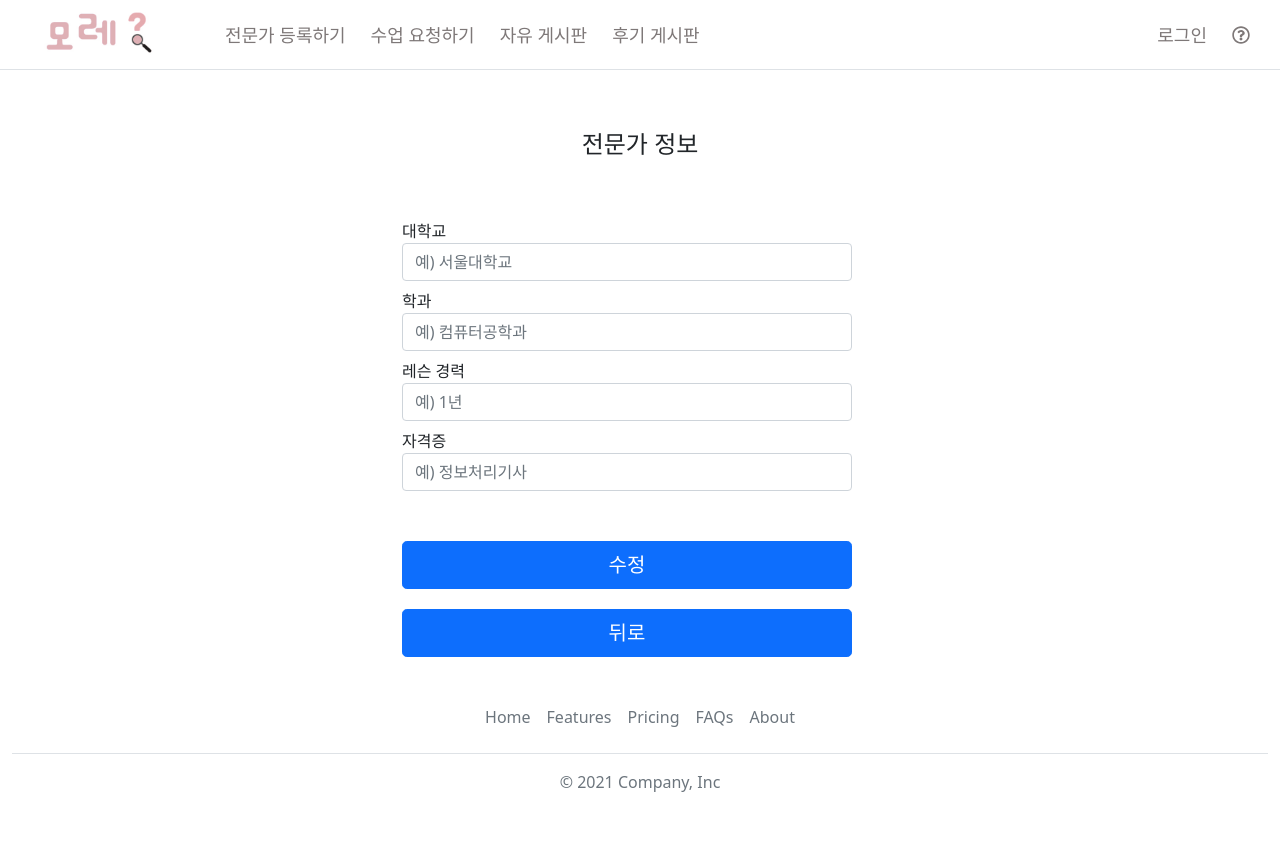
Repository: isssson/MVC2_more
Page: http://localhost/more/WEB-INF/views/expert/expertSpecForm.jsp
The author's editor kept a copy of each file at every save. The page is drawn from the files as they stood at one save, then again after the next save.
The browser window is 1280 px wide. The pictures show the whole page.
Some web libraries are served in a nearby version. The page is served by Tomcat 9. Nobody is signed in. Other server files are loaded and not shown. The template is opened directly, without the code that normally fills it, so the values that code supplies are empty.

Above is the page before, as saved 2021-12-08 02:59:21.

### more/src/main/webapp/WEB-INF/views/expert/expertSpecForm.jsp
<%@ page language="java" contentType="text/html; charset=UTF-8"
    pageEncoding="UTF-8"%>
<!DOCTYPE html>
<html>
<head>
<meta charset="UTF-8">
<title>Insert title here</title>
<link href="resources/css/bootstrap.min.css" rel="stylesheet">
<link href="resources/css/expert/expertUpdate.css" rel="stylesheet">
<style>
   .container {
     width: 500px;
     margin-top: 50px;
   }
   .mb-2 input {
     width: 450px;
   }
   .mb-2 textarea {
     width: 450px;
     height: 150px;
     padding: 10px;
   }
   h4 {
     margin: 60px;
     text-align: center;
   }

</style>
</head>
<body>
<%@ include file="/WEB-INF/views/header.jsp" %>
<div class="container">
  <div class="col-md-12 order-md-1">
      <h4>전문가 정보</h4>
      <form name="expertSpecForm" action="expertSpec.do?id=${sessionScope.sessionId}" method="post">
        <div class="mb-2">
            <label>대학교</label>
            <input type="text" class="form-control" name="univ" value="${dto.univ}" placeholder="예) 서울대학교">
            <div id="id_check"></div>
        </div>
        <div class="mb-2">
            <label>학과</label>
            <input type="text" class="form-control" name="major" value="${dto.major}" placeholder="예) 컴퓨터공학과">
            <div id="pwd_check"></div>
        </div>
        <div class="mb-2">
            <label>레슨 경력</label>
            <input type="text" class="form-control" name="career" value="${dto.career}" placeholder="예) 1년">
        </div>
        <div class="mb-2">
            <label>자격증</label>
            <input type="text" class="form-control" name="cer" value="${dto.cer}" placeholder="예) 정보처리기사">
        </div>
        <div style="margin-top: 50px;">
           <button class="btn btn-lg btn-primary" type="submit" style="width: 450px; margin-bottom:20px;" >수정</button>
           <button class="btn btn-lg btn-primary" type="button" style="width: 450px;" onclick="location.href='expertProfile.do?id=${sessionScope.sessionId}'">뒤로</button>
        </div>
     </form>
  </div>
</div>
<%@ include file="/WEB-INF/views/footer.jsp" %>
</body>
</html>

### more/src/main/webapp/WEB-INF/views/header.jsp
<%@ page language="java" contentType="text/html; charset=UTF-8"
    pageEncoding="UTF-8"%>
<%@ taglib prefix="c" uri="http://java.sun.com/jsp/jstl/core" %>
<script src="https://use.fontawesome.com/releases/v5.2.0/js/all.js"></script>
<link href="resources/css/header.css" rel="stylesheet">
<!-- ---------------------비회원  -->
<c:if test="${sessionScope.sessionStatus == null }">
	<header>
    <div id="headerContainer">
        <a href="index.do"><img src="resources/img/more_logo.jpg" alt="logo" style="padding: 10px"></a>
        <div id="menubar">
          <div id="leftMenu">
            <div><a href="regist1.do">전문가 등록하기</a></div>
            <div><a href="lessonList.do">수업 요청하기</a></div>
            <div><a href="bbsList.do">자유 게시판</a></div>
            <div><a href="reviewList.do">후기 게시판</a></div>
          </div>
          <div id="rightMenu">
               <div><a href="login.do">로그인</a></div>
               <div><a href="#"><i class="far fa-question-circle"></i></a></div>
          </div>
        </div>
      </div>
	</header>
</c:if>
<!----------------------기본(의뢰인) 로그인중-->
<c:if test="${sessionScope.sessionStatus == 1 }">
	<header>
     <div id="headerContainer">
        <a href="index.do"><img src="resources/img/more_logo.jpg" alt="logo" style="padding: 10px"></a>
        <div id="menubar">
          <div id="leftMenu">
            <div id="client" onmouseover="show()" onmouseout="hide()">
               <a href="#">레슨</a>
              </div>
            <div id="joinExpert">
               <a href="regist1.do">전문가 등록하기</a>
             </div>
            <div><a href="bbsList.do">자유 게시판</a></div>
            <div><a href="reviewList.do">후기 게시판</a></div>
          </div>
          <div id="rightMenu">
            <div>${sessionScope.sessionName }님</div>
            <div><a href=""><i class="far fa-bell fa-1x"></i></a></div>
            <div><a href="setting.do"><i class="far fa-user fa-1x"></i></a></div>
            <div><a href="#"><i class="far fa-question-circle"></i></a></div>
          </div>
        </div>
      </div>
      <div id="hiddenHeaderContainer" onmouseover="show()" onmouseout="hide()">
        <div class="hiddenItem">
          <div class="Item"><a href="suggestList.do">레슨 목록</a></div>
          <div class="Item"><a href="lessonList.do">레슨 요청하기</a></div>
          <div class="Item"><a href="sentRequest.do?id=${sessionScope.sessionId}">보낸 요청</a></div>
          <div class="Item"><a href="#">받은 제안</a></div>
        </div>
      </div>
	</header>
</c:if>
<!-- -----------------------전문가 로그인중 -->
<c:if test="${sessionScope.sessionStatus == 2 }">
	<header>
     <div id="headerContainer">
       <a href="index.do"><img src="resources/img/more_logo.jpg" alt="logo" style="padding: 10px"></a>
       <div id="menubar">
         <div id="leftMenu">
           <div id="client" onmouseover="show()" onmouseout="hide()">
              <a href="#">레슨</a>
             </div>
           <div><a href="bbsList.do">자유 게시판</a></div>
           <div><a href="reviewList.do">후기 게시판</a></div>
         </div>
         <div id="rightMenu">
           <div id="client" onmouseover="show()" onmouseout="hide()">
               <div><a href="">10000 <i class="fas fa-coins fa-1x"></i></a></div>
             </div>
           <div>${sessionScope.sessionName }님</div>
              <div><a href=""><i class="far fa-bell fa-1x"></i></a></div>
           <div><a href="setting.do"><i class="far fa-user fa-1x"></i></a></div>
           <div><a href="#"><i class="far fa-question-circle"></i></a></div>
         </div>
       </div>
     </div>
     <div id="hiddenHeaderContainer" onmouseover="show()" onmouseout="hide()">
       <div class="hiddenItem">
       	 <div class="Item"><a href="requestList.do">레슨 목록</a></div>
       	 <div class="Item"><a href="suggest.do">레슨 제안하기</a></div>
         <div class="Item"><a href="#">보낸 제안</a></div>
		 <div class="Item"><a href="#">레슨 내역</a></div>
       </div>
     </div>
	</header>
</c:if>
   <script>
       function show(){
         document.getElementById('hiddenHeaderContainer').style.display='block';
       }
       function hide(){
         document.getElementById('hiddenHeaderContainer').style.display='none';
       }
  </script>

### more/src/main/webapp/WEB-INF/views/footer.jsp
<%@ page language="java" contentType="text/html; charset=UTF-8"
    pageEncoding="UTF-8"%>
<link href="resources/css/footer.css" rel="stylesheet">
<div class="container-fluid">
  <footer class="py-3 my-4">
    <ul class="nav justify-content-center border-bottom pb-3 mb-3">
      <li class="nav-item"><a href="#" class="nav-link px-2 text-muted">Home</a></li>
      <li class="nav-item"><a href="#" class="nav-link px-2 text-muted">Features</a></li>
      <li class="nav-item"><a href="#" class="nav-link px-2 text-muted">Pricing</a></li>
      <li class="nav-item"><a href="#" class="nav-link px-2 text-muted">FAQs</a></li>
      <li class="nav-item"><a href="#" class="nav-link px-2 text-muted">About</a></li>
    </ul>
    <p class="text-center text-muted">&copy; 2021 Company, Inc</p>
  </footer>
</div>

<div class="b-example-divider"></div>

### more/src/main/webapp/resources/css/expert/expertUpdate.css
@charset "UTF-8";

h3 {
    height: 80px;
    line-height: 80px;
    font-size: 40px;
    font-weight: bold;
    text-align: center;
    margin: 80px auto;
    color: #9a5656;
}

.updateBt{
   width:450px;
   height:200px;
   text-align:center;
   margin:0 auto;
   display:flex;
   flex-direction:column;
   justify-content: center;
}

.subject{
	font-size:25px;
	color:#ff9797;
	text-align: center;
	font-weight: bold;
}

.content{
	text-align:center;
     margin-top: 50px;
}
select{
	font-size:26px;
}

### more/src/main/webapp/resources/css/header.css
@charset "UTF-8";
a{
    text-decoration:none;
    color:rgb(26, 25, 25);
}
a:hover{
    color:rgb(26, 25, 25);
}
svg{
    color: #7e7878;
}
svg:hover{
    color: #424040;
    cursor: pointer;
}
#headerContainer{
    width:100%;
    height:70px;
    margin: 0 auto;
    display: flex;
    flex-direction: row;
    border-bottom:1px solid #dee2e6;
}
#headerContainer img{
    width: 200px;
    height: 65px;
    object-fit: cover;
}
#headerContainer #menubar{
    width:100%;
    height: 70px;
    display: flex;
    flex-direction: row;
    justify-content: space-between;
}
#headerContainer #menubar div a{
    font-size: 18px;
    color: #7e7878;
}
#headerContainer #menubar a:hover{
    color: #424040;
    font-weight: bold;
}
#menubar #leftMenu{
    display: flex;
}
#menubar #rightMenu{
    display: flex;
    margin-right: 30px;
}
#menubar #leftMenu div, #menubar #rightMenu div{
    font-size: 18px;
    line-height: 70px;
    margin-left: 25px;
}
#hiddenHeaderContainer{
    position: absolute;
    display: none;
    z-index: 1;
    width:100%;
    height:70px;
    left:50%;
    border-top:1px solid rgb(187, 183, 183);
    border-bottom:1px solid rgb(187, 183, 183);
    transform: translate(-50%);
    background-color: white;
}
#hiddenHeaderContainer .hiddenItem{

    width:100%;
    height:70px;
    margin-left: 170px;
    display: flex;
}
#hiddenHeaderContainer .hiddenItem .Item a{
    font-size: 18px;
    line-height: 70px;
    margin-left: 50px;
    color: #7e7878;
}
#hiddenHeaderContainer .hiddenItem .Item a:hover{
    color: #424040;
    font-weight: bold;
}

### more/src/main/webapp/resources/css/footer.css
@charset "UTF-8";
li {
	border-top: none;
}

Loaded but not shown: more/src/main/webapp/resources/css/bootstrap.min.css (library)

After the next save:
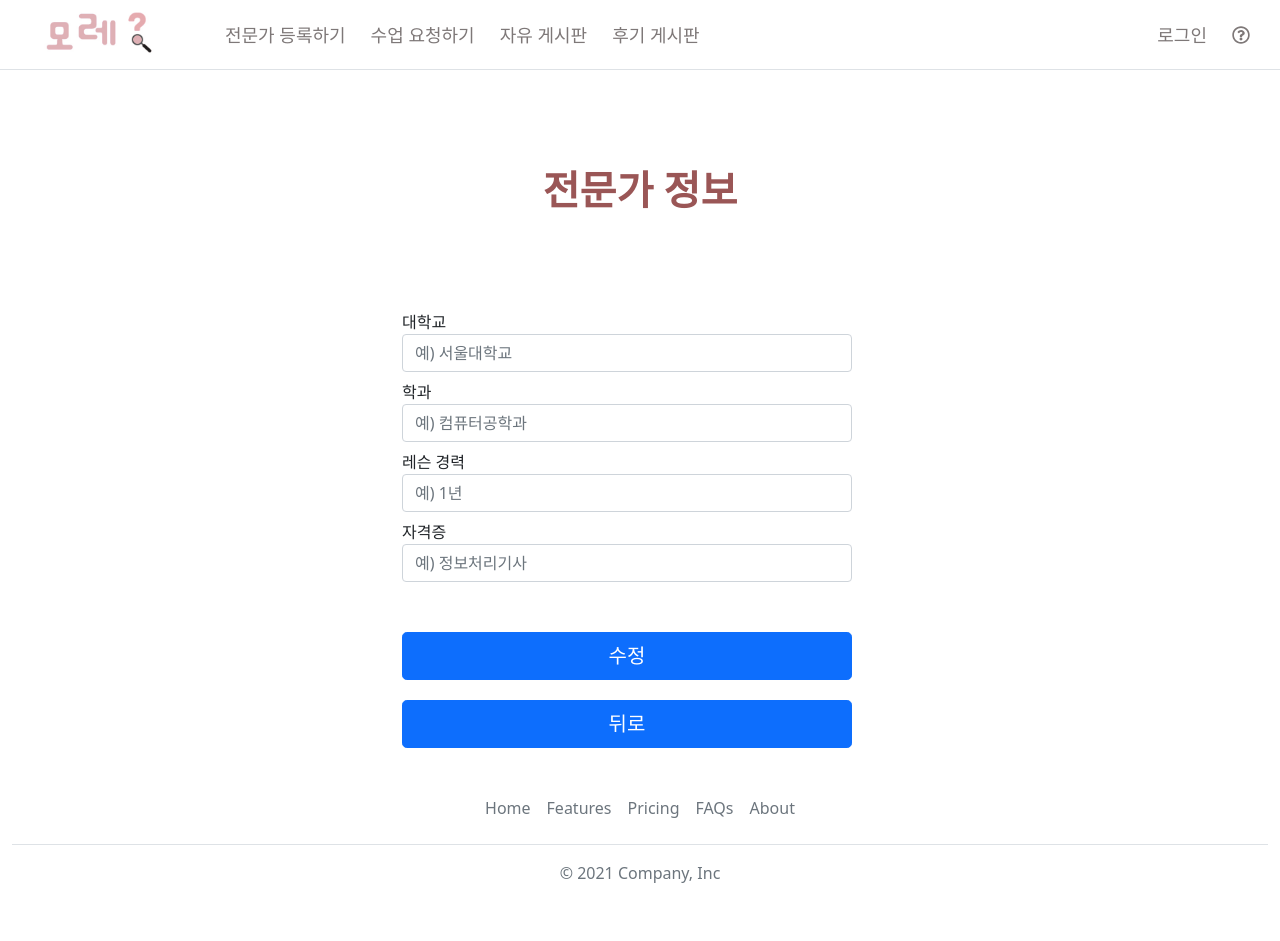
Saved 18 s later.
--- a/more/src/main/webapp/WEB-INF/views/expert/expertSpecForm.jsp
+++ b/more/src/main/webapp/WEB-INF/views/expert/expertSpecForm.jsp
@@ -20,18 +20,13 @@
      height: 150px;
      padding: 10px;
    }
-   h4 {
-     margin: 60px;
-     text-align: center;
-   }
-
 </style>
 </head>
 <body>
 <%@ include file="/WEB-INF/views/header.jsp" %>
 <div class="container">
   <div class="col-md-12 order-md-1">
-      <h4>전문가 정보</h4>
+      <h3>전문가 정보</h3>
       <form name="expertSpecForm" action="expertSpec.do?id=${sessionScope.sessionId}" method="post">
         <div class="mb-2">
             <label>대학교</label>
